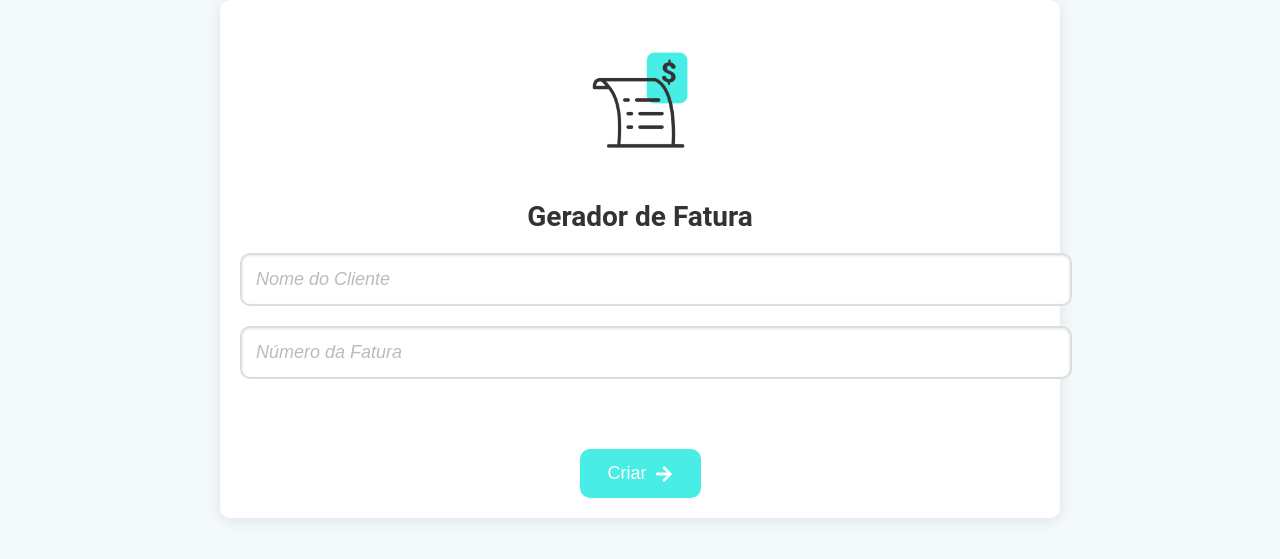
Repository: devthmedu/Invoice-Generator
Page: /
The author's editor kept a copy of each file at every save. The page is drawn from the files as they stood at one save, then again after the next save.
The browser window is 1280 px wide. The pictures show the whole page.
The project was rebuilt for these pictures with package versions that can differ from the ones it lists, and the page was loaded fresh each time. Also part of the build but not shown: vite.config.js, src/Componete/Template.jsx.

Above is the page before, as saved 2024-07-16 19:36:49.

### index.html
<!DOCTYPE html>
<html lang="pt-BR">

<head>
  <meta charset="UTF-8" />
  <meta name="viewport" content="width=device-width, initial-scale=1.0" />
  <meta name="description" content="Gere sua fatura de forma simples e rápida com nosso gerador de faturas em React." />
  <meta name="keywords" content="fatura, gerador de faturas, React, financeiro" />
  <meta name="author" content="Thomas Eduardo" />
  <link rel="stylesheet" href="./src/App.css">
  <link rel="icon" href="./public/logo.png" />
  <title>Gere sua Fatura</title>
</head>


<body>
  <div id="root"></div>
  <script type="module" src="./src/main.jsx"></script>
</body>

</html>

### src/App.css
body {
  font-family: 'Roboto', sans-serif; /* Fonte moderna */
  background-color: #f4f9fc; /* Fundo suave */
  margin: 0;
  padding: 0;
}

.container {
  max-width: 600px; /* Largura ideal para usabilidade */
  margin: 100px auto; /* Centralização */
  padding: 40px 30px; /* Padding generoso */
  background: white; /* Estilo de cartão */
  border-radius: 20px; /* Cantos arredondados */
  box-shadow: 0 8px 30px rgba(0, 0, 0, 0.15); /* Sombra sutil */
  transition: transform 0.3s; /* Transição suave */
}

.container:hover {
  transform: translateY(-5px); /* Efeito de elevação ao passar o mouse */
}

.logo {
  display: block;
  margin: 0 auto 20px; /* Centraliza o logo */
  max-width: 160px; /* Ajusta o tamanho do logo */
}

.title {
  text-align: center;
  color: #333; /* Texto escuro */
  font-size: 28px; /* Tamanho de fonte grande */
  margin-bottom: 20px; /* Espaço abaixo do título */
  font-weight: 700; /* Título em negrito */
}

.form {
  display: flex;
  flex-direction: column; /* Layout em coluna para os inputs */
}

.inputs {
  margin-bottom: 30px; /* Mais espaço abaixo dos inputs */
}

.input-field {
  padding: 14px; /* Padding confortável */
  border: 2px solid #ddd; /* Borda mais espessa */
  border-radius: 10px; /* Cantos arredondados */
  font-size: 18px; /* Tamanho de fonte maior */
  width: 100%; /* Largura total */
  box-shadow: inset 0 1px 3px rgba(0, 0, 0, 0.1); /* Sombra interna suave */
  transition: border-color 0.3s, box-shadow 0.3s; /* Transições suaves */
  margin-bottom: 20px; /* Espaço entre os inputs */
}

.input-field:focus {
  border-color: #48ede5; /* Cor de destaque ao focar */
  outline: none; /* Remove o contorno padrão */
  box-shadow: 0 0 5px rgba(72, 237, 229, 0.5); /* Efeito de brilho */
}

.input-field::placeholder {
  color: #bbb; /* Placeholder cinza claro */
  font-style: italic; /* Estilo itálico para o placeholder */
}

.buttons {
  display: flex;
  justify-content: center; /* Centraliza os botões */
  margin-top: 20px; /* Espaço acima dos botões */
}

.submit-button {
  background-color: #48ede5; /* Cor primária */
  color: white; /* Texto branco */
  border: none; /* Sem borda */
  border-radius: 10px; /* Cantos arredondados */
  padding: 14px 28px; /* Padding confortável */
  font-size: 18px; /* Tamanho de fonte maior */
  cursor: pointer; /* Muda para ponteiro ao passar o mouse */
  transition: background 0.3s, transform 0.3s; /* Transições suaves */
  display: flex; /* Flex para alinhar ícone */
  align-items: center; /* Centraliza verticalmente */
}

.submit-button:hover {
  background-color: #36b4d3; /* Tom mais escuro ao passar o mouse */
  transform: scale(1.05); /* Efeito de zoom leve */
}

.submit-button:disabled {
  background-color: #c0c0c0; /* Cinza quando desabilitado */
  cursor: not-allowed; /* Cursor de não permitido */
}

.submit-button svg {
  margin-left: 8px; /* Espaço entre texto e ícone */
}

input:disabled {
  background-color: #f7f7f7; /* Fundo claro para desabilitados */
  color: #aaa; /* Texto mais claro */
}

### src/main.jsx
import React from 'react';
import ReactDOM from 'react-dom';
import App from './App';
import 'react-toastify/dist/ReactToastify.css';
import { ToastContainer } from 'react-toastify';

ReactDOM.render(
  <React.StrictMode>
    <ToastContainer />
    <App />
  </React.StrictMode>,
  document.getElementById('root'),
);

### src/App.jsx
import React, { useState, useEffect } from 'react';
import './App.css';
import TemplatePdf from './Componete/Template';
import { FaArrowRight } from 'react-icons/fa';
import { toast } from 'react-toastify';
import logo from '/logo.png';

function App() {
  const [numeroDaFatura, setNumeroDaFatura] = useState('');
  const [nomeCliente, setNomeCliente] = useState('');
  const [data, setData] = useState('');
  const [visualizar, setVisualizar] = useState(true);
  const [loading, setLoading] = useState(false);

  useEffect(() => {
    const atual = new Date();
    const dataFormatada = `${String(atual.getDate()).padStart(2, '0')}/${String(
      atual.getMonth() + 1,
    ).padStart(2, '0')}/${atual.getFullYear()}`;
    setData(dataFormatada);
  }, []);

  const criar = () => {
    if (!numeroDaFatura.match(/^[0-9]+$/)) {
      toast.error('Por favor, insira um número de fatura válido.');
      return;
    }
    if (!nomeCliente) {
      toast.error('Por favor, insira o nome do cliente.');
      return;
    }
    setLoading(true);
    setTimeout(() => {
      toast.success('Fatura criada com sucesso!');
      setLoading(false);
      setVisualizar(false);
    }, 500); // Simulando um delay para uma chamada de API
  };

  return (
    <>
      {visualizar ? (
        <div className="container">
          <img src={logo} alt="Logo" className="logo" />
          <h1 className="title">Gerador de Fatura</h1>
          <div className="form">
            <div className="inputs">
              <input
                type="text"
                placeholder="Nome do Cliente"
                value={nomeCliente}
                onChange={(e) => setNomeCliente(e.target.value)}
                disabled={loading} // Desabilita o input durante o carregamento
                className="input-field"
              />
              <input
                type="text"
                placeholder="Número da Fatura"
                value={numeroDaFatura}
                onChange={(e) => setNumeroDaFatura(e.target.value)}
                disabled={loading} // Desabilita o input durante o carregamento
                className="input-field"
              />
            </div>
            <div className="buttons">
              <button
                onClick={criar}
                disabled={loading}
                className="submit-button"
              >
                {loading ? 'Criando...' : 'Criar'} <FaArrowRight />
              </button>
            </div>
          </div>
        </div>
      ) : (
        <TemplatePdf
          NumeroDaFatura={numeroDaFatura}
          data={data}
          nomeCliente={nomeCliente}
        />
      )}
    </>
  );
}

export default App;

### src/Componete/Template.css
/* Container geral */
.container {
    max-width: 800px;
    margin: 0 auto;
    padding: 20px;
    background: #ffffff;
    border-radius: 10px;
    box-shadow: 0 2px 15px rgba(0, 0, 0, 0.1);
}

/* Logo */
.logo {
    text-align: center;
    margin-bottom: 20px;
}

.logo img {
    max-width: 100px;
}

/* Título */
h1 {
    text-align: center;
    color: #48ede5;
    font-size: 28px;
    margin-bottom: 20px;
}

/* Informações do cliente */
.client-info {
    margin-bottom: 20px;
    font-size: 16px;
    color: #333;
    padding: 10px;
    background-color: #f9f9f9;
    border-radius: 5px;
}

/* Método de pagamento */
.payment-method {
    margin-bottom: 20px;
}

.payment-method select {
    padding: 10px;
    border: 1px solid #ccc;
    border-radius: 5px;
    font-size: 16px;
}

/* Tabela */
.table {
    width: 100%;
    border-collapse: collapse;
    margin-top: 20px;
}

.table thead {
    background: #48ede5;
    color: #ffffff;
}

.table th, .table td {
    padding: 12px;
    text-align: left;
    border-bottom: 1px solid #ddd;
}

.table tbody tr:hover {
    background: #f1f1f1;
}

/* Notas */
.notes {
    margin-top: 20px;
    color: #333;
}

.notes strong {
    display: block;
    margin-bottom: 5px;
    font-weight: bold;
}

/* Botões */
.button-group {
    margin-top: 20px;
    display: flex;
    justify-content: space-between;
}

.print-button, .add-button, .remove-button {
    padding: 10px 15px;
    background: #48ede5;
    color: white;
    border: none;
    border-radius: 5px;
    cursor: pointer;
    transition: background 0.3s ease;
}

.print-button:hover, .add-button:hover, .remove-button:hover {
    background: #36b4d3;
}

/* Título do diálogo */
.dialog-title {
    display: flex;
    justify-content: space-between;
    align-items: center;
}

.dialog-title .hed {
    font-size: 1.5em;
    font-weight: bold;
    color: #48ede5;
}

/* Formulários */
.forms {
    display: flex;
    flex-direction: column;
}

.forms input {
    width: 100%;
    padding: 10px;
    margin: 5px 0;
    border: 1px solid #ccc;
    border-radius: 5px;
    transition: border-color 0.3s;
}

.forms input:focus {
    border-color: #48ede5;
    outline: none;
}

/* Ícones nos produtos */
.table td:first-child {
    display: flex;
    align-items: center;
}

.table td:first-child svg {
    margin-right: 8px; /* Espaçamento entre ícone e texto */
}

/* Estilo de remover produto */
.remove-button {
    background: transparent;
    color: #e74c3c; /* Cor do ícone de remover */
    border: none;
    cursor: pointer;
    display: flex;
    align-items: center;
}

.remove-button:hover {
    color: #c0392b; /* Cor ao passar o mouse */
}

After the next save:
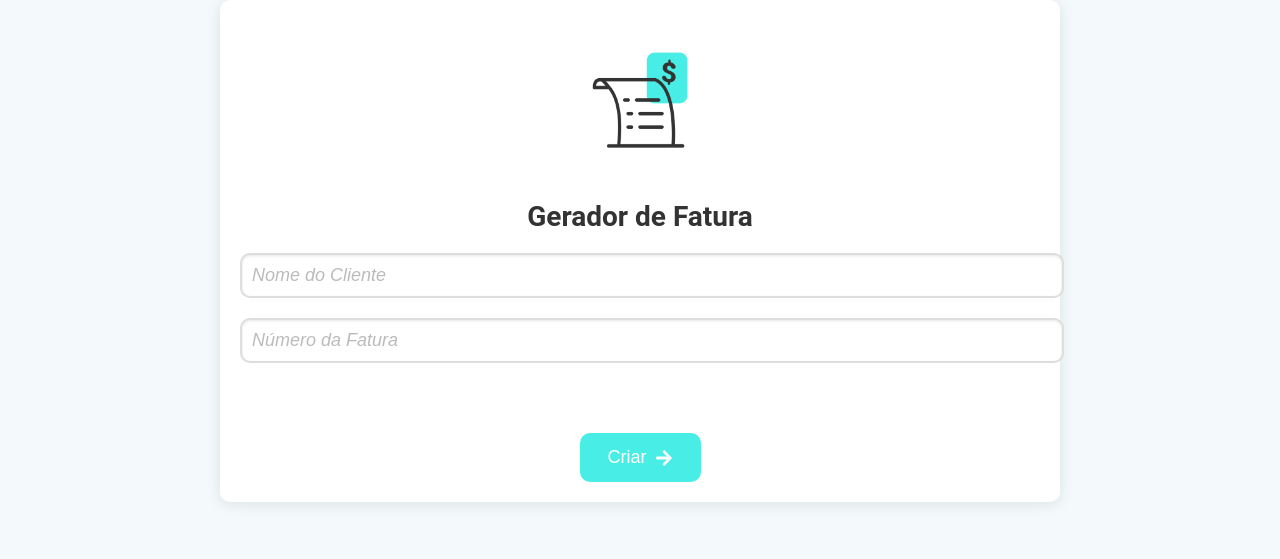
Saved 22 s later.
--- a/src/App.css
+++ b/src/App.css
@@ -43,7 +43,7 @@ body {
 }
 
 .input-field {
-  padding: 14px; /* Padding confortável */
+  padding: 10px; /* Padding confortável */
   border: 2px solid #ddd; /* Borda mais espessa */
   border-radius: 10px; /* Cantos arredondados */
   font-size: 18px; /* Tamanho de fonte maior */
